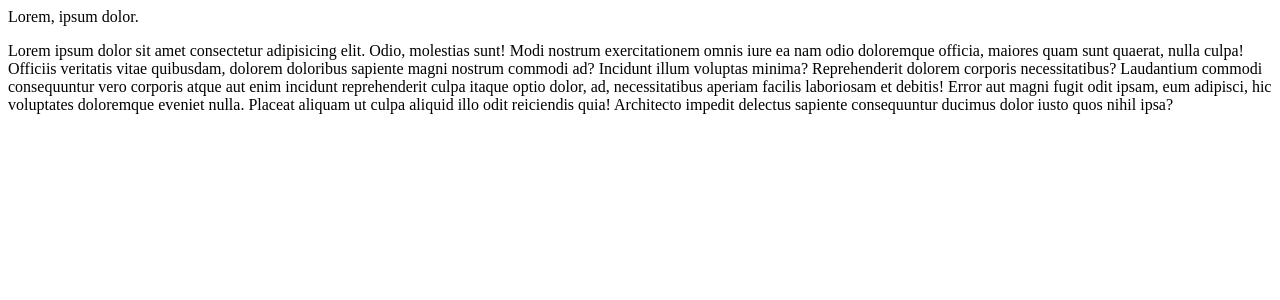
Repository: dinhhaidh/slider-book
Page: index.html
The author's editor kept a copy of each file at every save. The page is drawn from the files as they stood at one save, then again after the next save.
The browser window is 1280 px wide. The pictures show the whole page.

Above is the page before, as saved 2024-01-15 09:11:30.

### index.html
<!DOCTYPE html>
<html lang="en">
<head>
    <meta charset="UTF-8">
    <meta name="viewport" content="width=device-width, initial-scale=1.0">
    <title>Document</title>
</head>
<body>
    <div class="content">
        <div class="title">Lorem, ipsum dolor.</div>
        <p>Lorem ipsum dolor sit amet consectetur adipisicing elit. Odio, molestias sunt! Modi nostrum exercitationem omnis iure ea nam odio doloremque officia, maiores quam sunt quaerat, nulla culpa! Officiis veritatis vitae quibusdam, dolorem doloribus sapiente magni nostrum commodi ad? Incidunt illum voluptas minima? Reprehenderit dolorem corporis necessitatibus? Laudantium commodi consequuntur vero corporis atque aut enim incidunt reprehenderit culpa itaque optio dolor, ad, necessitatibus aperiam facilis laboriosam et debitis! Error aut magni fugit odit ipsam, eum adipisci, hic voluptates doloremque eveniet nulla. Placeat aliquam ut culpa aliquid illo odit reiciendis quia! Architecto impedit delectus sapiente consequuntur ducimus dolor iusto quos nihil ipsa?</p>
    </div>
</body>
</html>

After the next save:
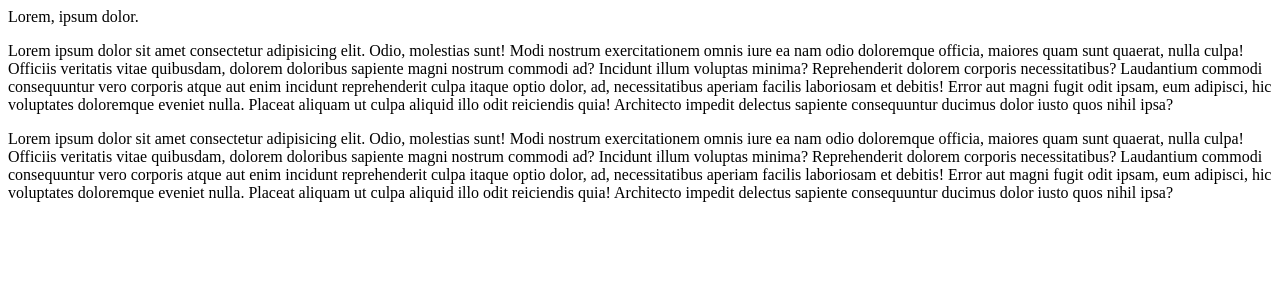
Saved 6 s later.
--- a/index.html
+++ b/index.html
@@ -10,5 +10,7 @@
         <div class="title">Lorem, ipsum dolor.</div>
         <p>Lorem ipsum dolor sit amet consectetur adipisicing elit. Odio, molestias sunt! Modi nostrum exercitationem omnis iure ea nam odio doloremque officia, maiores quam sunt quaerat, nulla culpa! Officiis veritatis vitae quibusdam, dolorem doloribus sapiente magni nostrum commodi ad? Incidunt illum voluptas minima? Reprehenderit dolorem corporis necessitatibus? Laudantium commodi consequuntur vero corporis atque aut enim incidunt reprehenderit culpa itaque optio dolor, ad, necessitatibus aperiam facilis laboriosam et debitis! Error aut magni fugit odit ipsam, eum adipisci, hic voluptates doloremque eveniet nulla. Placeat aliquam ut culpa aliquid illo odit reiciendis quia! Architecto impedit delectus sapiente consequuntur ducimus dolor iusto quos nihil ipsa?</p>
     </div>
+        <p>Lorem ipsum dolor sit amet consectetur adipisicing elit. Odio, molestias sunt! Modi nostrum exercitationem omnis iure ea nam odio doloremque officia, maiores quam sunt quaerat, nulla culpa! Officiis veritatis vitae quibusdam, dolorem doloribus sapiente magni nostrum commodi ad? Incidunt illum voluptas minima? Reprehenderit dolorem corporis necessitatibus? Laudantium commodi consequuntur vero corporis atque aut enim incidunt reprehenderit culpa itaque optio dolor, ad, necessitatibus aperiam facilis laboriosam et debitis! Error aut magni fugit odit ipsam, eum adipisci, hic voluptates doloremque eveniet nulla. Placeat aliquam ut culpa aliquid illo odit reiciendis quia! Architecto impedit delectus sapiente consequuntur ducimus dolor iusto quos nihil ipsa?</p>
+    </div>
 </body>
 </html>
